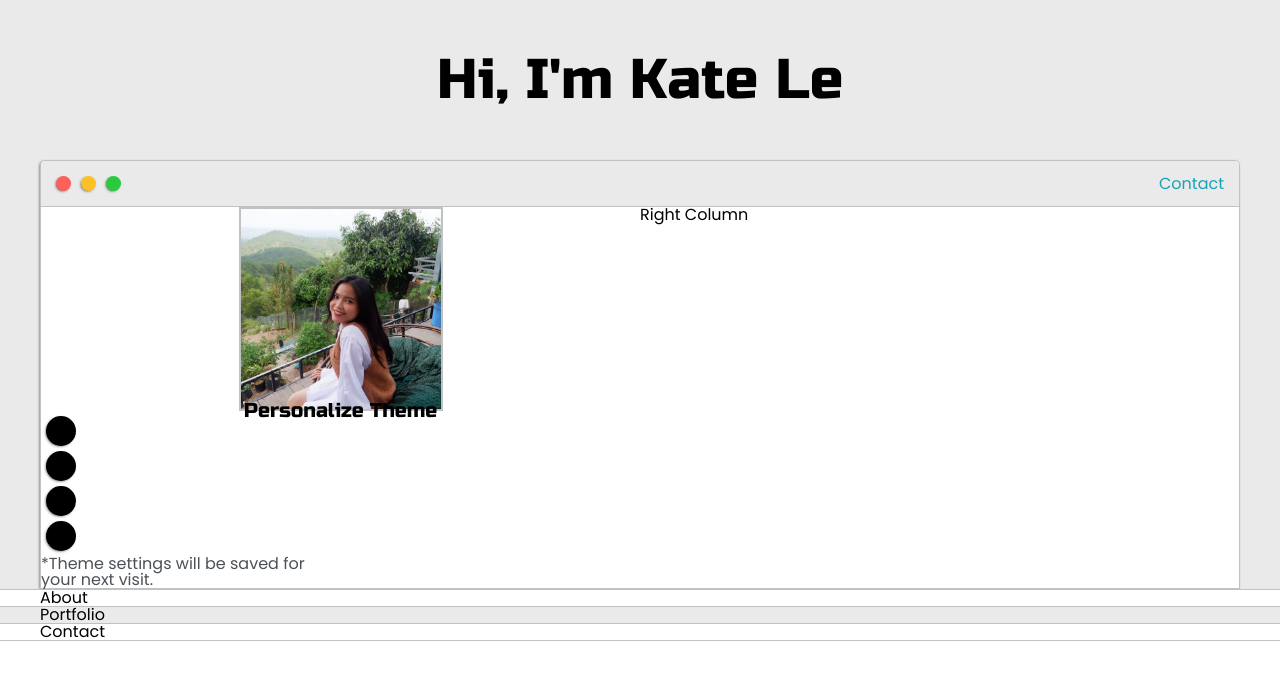
Repository: kate30980/my-persponal-website
Page: index.html
The author's editor kept a copy of each file at every save. The page is drawn from the files as they stood at one save, then again after the next save.
The browser window is 1280 px wide. The pictures show the whole page.

Above is the page before, as saved 2021-08-26 21:03:28.

After the next save:
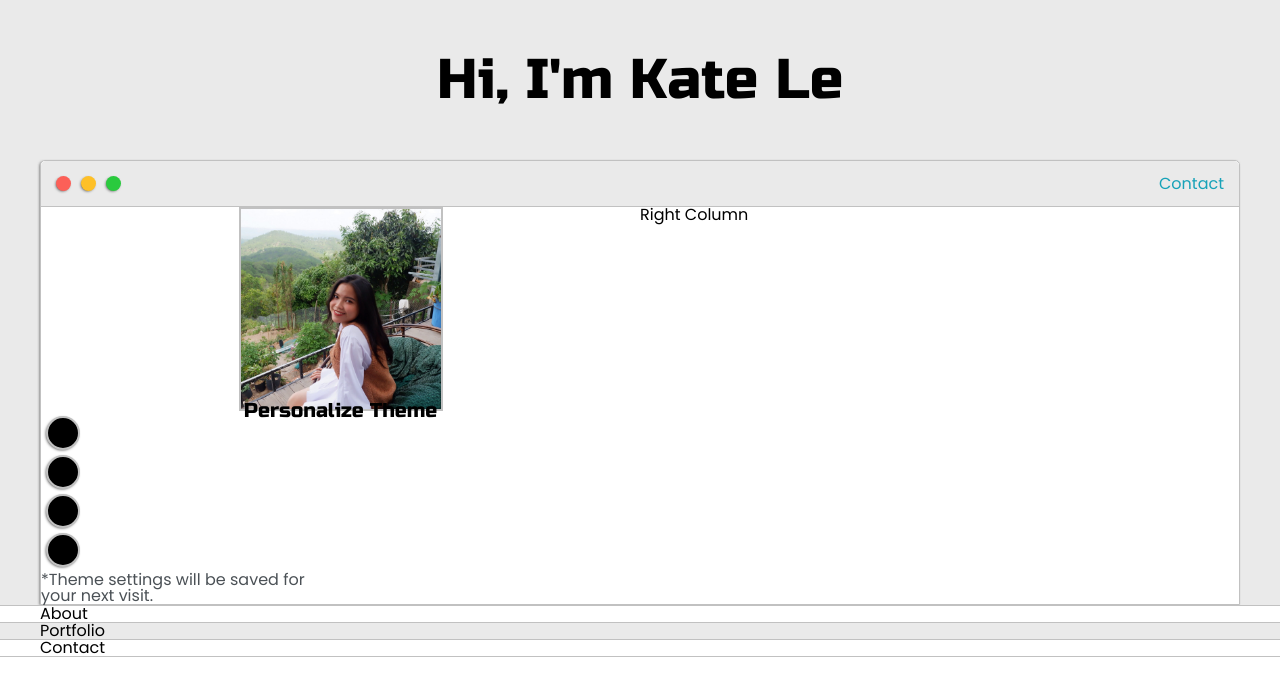
Saved 27 s later.
--- a/main.css
+++ b/main.css
@@ -167,6 +167,7 @@
   background-color: black;
 
   margin: 5px;
+  border: 2px solid var(--borderColor);
 
   -webkit-box-shadow: -1px 1px 3px -1px rgba(0, 0, 0, 0.75);
   -moz-box-shadow: -1px 1px 3px -1px rgba(0, 0, 0, 0.75);
